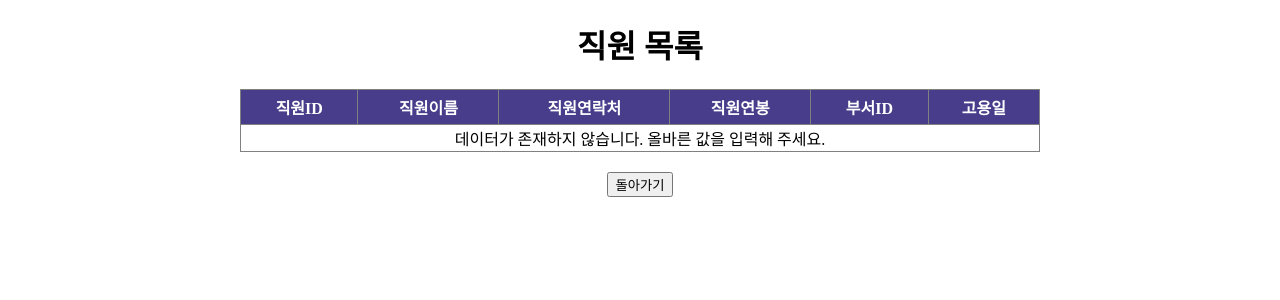
Repository: jongmin0919/soldesk_project
Page: http://localhost/chapter16_search/searchOne.jsp
An editor plug-in stored every save of this project. The page is shown before and after the next save, followed by the edit.
The browser window is 1280 px wide. The pictures show the whole page.
The page is served by Tomcat 9. Other server files are loaded and not shown. The template is opened directly, without the code that normally fills it, so the values that code supplies are empty.

Above is the page before, as saved 2024-08-15 10:57:13.

### searching_project/chapter16_search/WebContent/searchOne.jsp
<%@page import="org.joonzis.vo.EmployeeVO"%>
<%@page import="java.util.List"%>
<%@ page language="java" contentType="text/html; charset=UTF-8"
    pageEncoding="UTF-8"%>
<%@ taglib prefix="c" uri="http://java.sun.com/jsp/jstl/core" %>

<!DOCTYPE html>
<html>
<head>
<meta charset="UTF-8">
<title>Employee List</title>
<style type="text/css">
    div {
        width: 800px;
        text-align: center;
        margin: auto;
    }
    table {
        width: 100%;
        border-collapse: collapse;
    }
    th, td {
        border: 1px solid gray;
    }
    th {
        padding: 5px;
        background-color: darkslateblue;
        color: white;
    }
</style>
</head>
<body>
    <div>
    	<!-- 동적으로 전달 받은 한 명의 개인 정보를 출력하는 페이지 -->
        <h1>${person.first_name} ${person.last_name} 직원 목록</h1>

        <table>
            <thead>
                <tr>
                    <th>직원ID</th>
                    <th>직원이름</th>
                    <th>직원연락처</th>
                    <th>직원연봉</th>
                    <th>부서ID</th>
                    <th>고용일</th>
                </tr>
            </thead>
            <!-- 전달받은 request의 속성 값(person)이 비어있지 않은 경우 각 값들을 순차적으로 꺼내어 표시 -->
            <!-- 전달받은 request의 속성 값(person)이 비어있는 경우 데이터가 존재하지 않음을 표시 -->
            <tbody>
                <c:choose>
                    <c:when test="${person != null}">
                        <tr>
                            <td>${person.employee_id}</td>
                            <td>${person.first_name} ${person.last_name}</td>
                            <td>${person.phone_number}</td>
                            <td>${person.salary}</td>
                            <td>${person.department_id}</td>
                            <td>${person.hire_date}</td>
                        </tr>
                    </c:when>
                    <c:otherwise>
                        <tr>
                            <td colspan="6">데이터가 존재하지 않습니다. 올바른 값을 입력해 주세요.</td>
                        </tr>
                    </c:otherwise>
                </c:choose>
            </tbody>
        </table>
        <button style = "margin-top : 20px;" >돌아가기</button>
    </div>
</body>
</html>

After the next save:
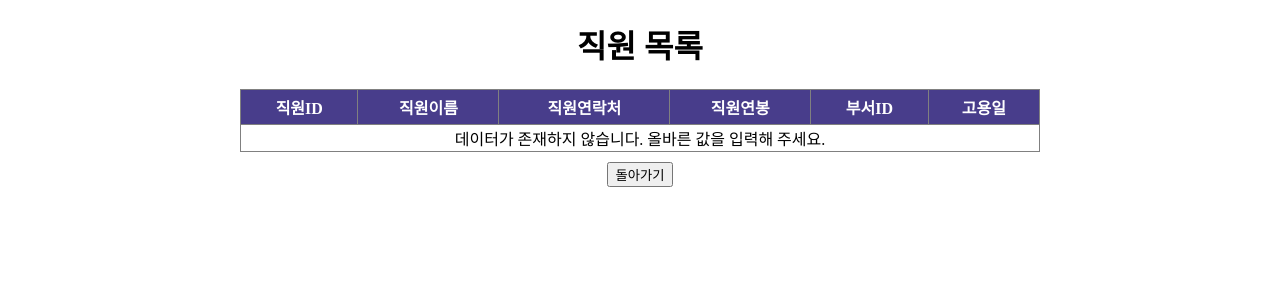
Saved 8 s later.
--- a/searching_project/chapter16_search/WebContent/searchOne.jsp
+++ b/searching_project/chapter16_search/WebContent/searchOne.jsp
@@ -67,7 +67,7 @@
                 </c:choose>
             </tbody>
         </table>
-        <button style = "margin-top : 20px;" >돌아가기</button>
+        <button style = "margin-top : 10px;" >돌아가기</button>
     </div>
 </body>
 </html>

After the save that followed:
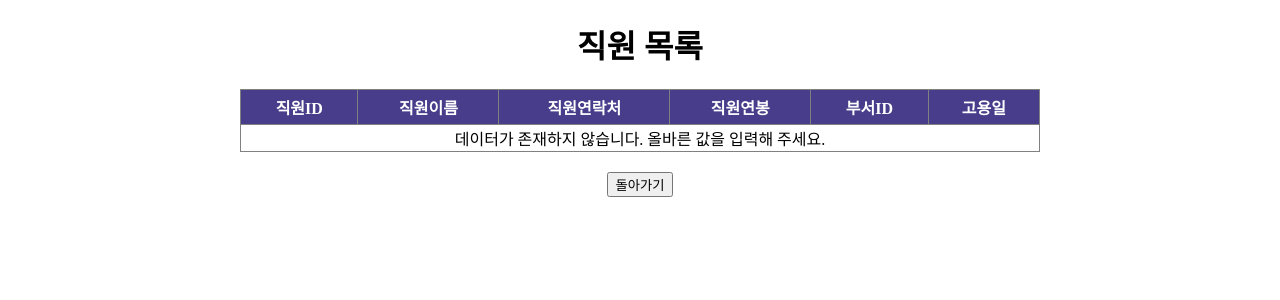
Saved 4 s later.
--- a/searching_project/chapter16_search/WebContent/searchOne.jsp
+++ b/searching_project/chapter16_search/WebContent/searchOne.jsp
@@ -67,7 +67,7 @@
                 </c:choose>
             </tbody>
         </table>
-        <button style = "margin-top : 10px;" >돌아가기</button>
+        <button style = "margin-top : 20px;" >돌아가기</button>
     </div>
 </body>
 </html>
